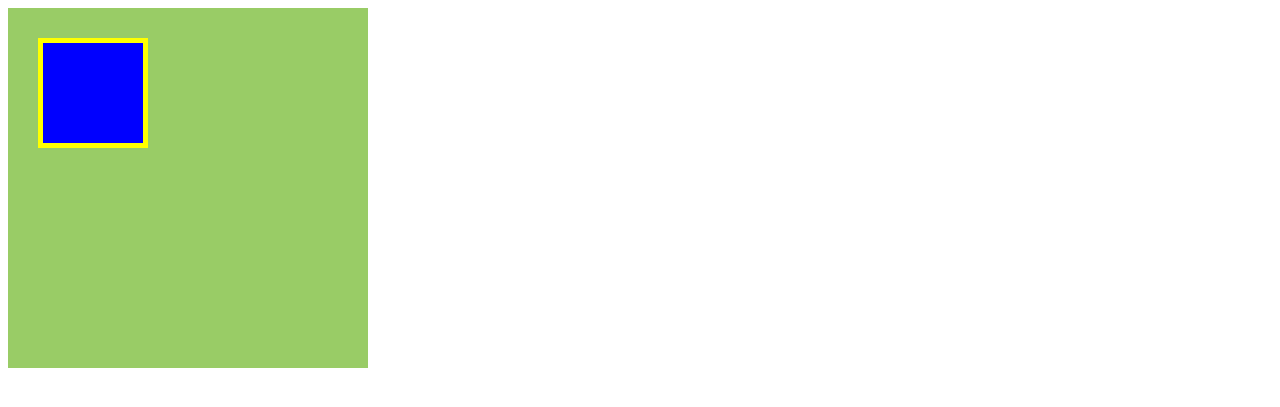
Repository: Kaori199701/-1
Page: box/box.html
The author's editor kept a record of every edit. The page is drawn from the files as they stood at one moment, then again after the next edit.
The browser window is 1280 px wide. The pictures show the whole page.

Above is the page before.

### box/box.css
.box1 {
  width: 300px;
  height: 300px;
  background-color: #99CC66;
  padding: 30px;
}

.box2 {
  width: 100px;
  height: 100px;
  background-color: blue;
    /* 指定方法（box2の周囲すべてに枠線を設定する場合） */
  border: 5px solid yellow;
}

Loaded but not shown: box/box.html (common file)

After the next edit:
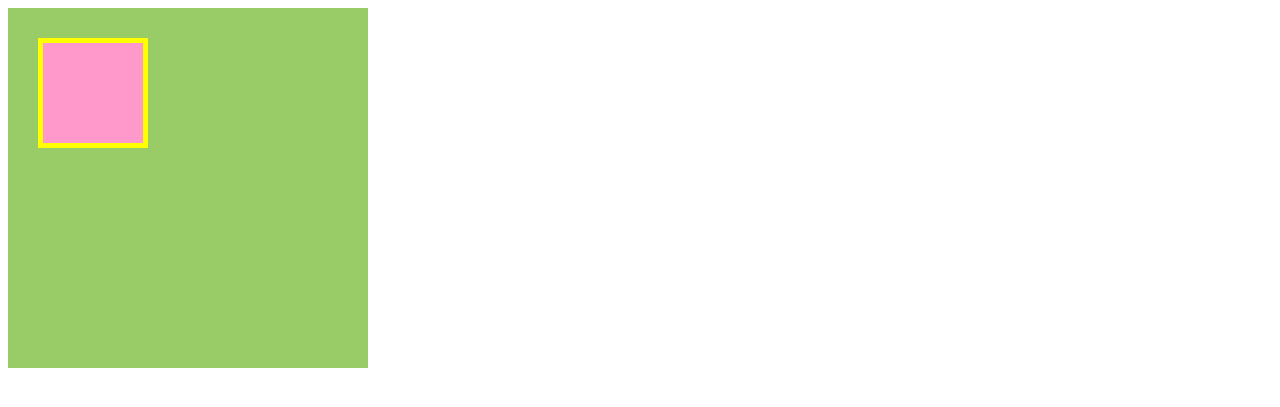
The edit:
--- a/box/box.css
+++ b/box/box.css
@@ -8,7 +8,7 @@
 .box2 {
   width: 100px;
   height: 100px;
-  background-color: blue;
+  background-color: #FF99CC;
     /* 指定方法（box2の周囲すべてに枠線を設定する場合） */
   border: 5px solid yellow;
 }
